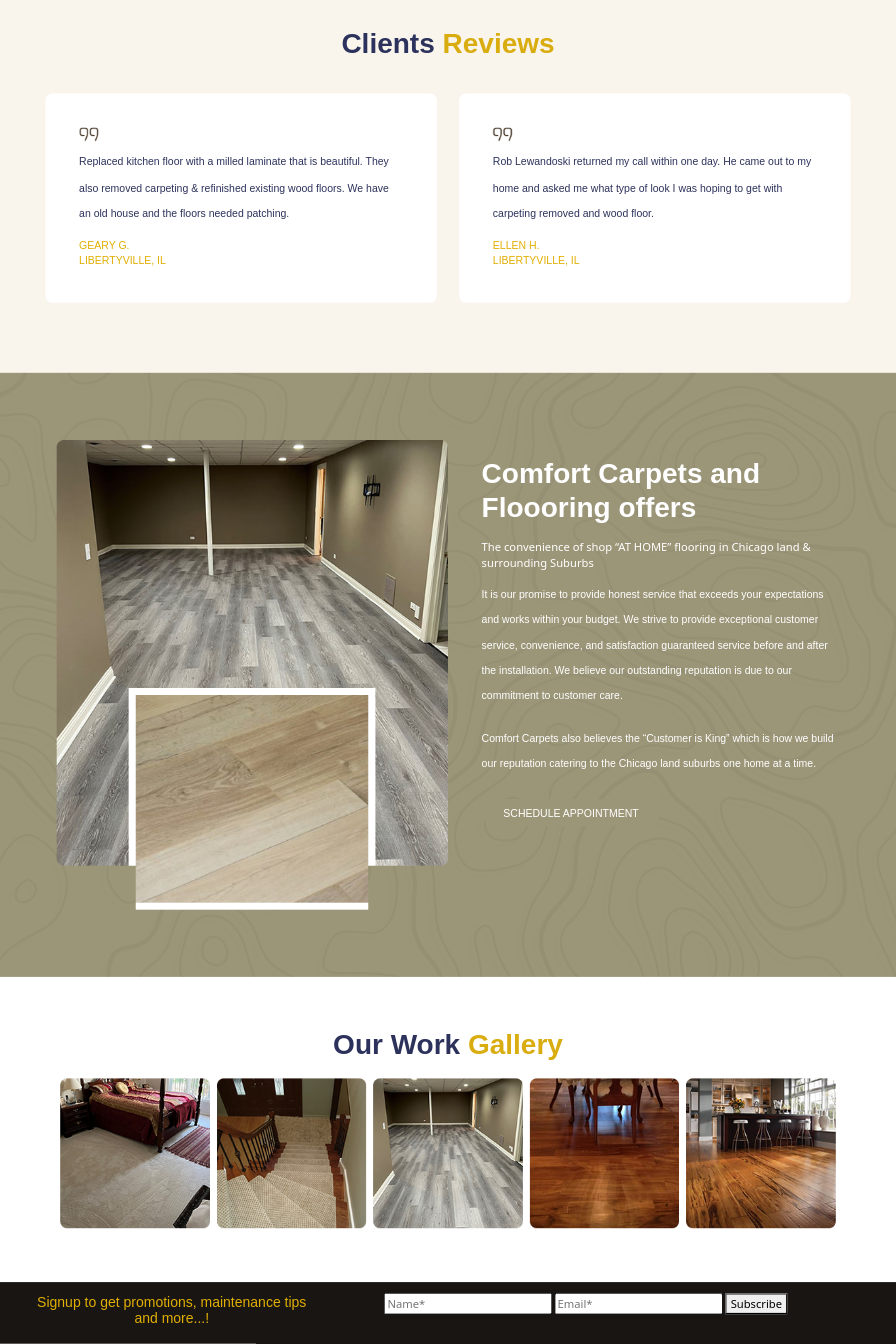
Repository: Ab-dur-Rehman/sscaseFolders
Page: index.html
These files come from the project's save history. The page is drawn as it stood at one moment and after the next save; the edit follows.
The browser window is 1280 px wide. The pictures show the part of the page from y = 3561 to 5481 px (the page is 5481 px tall), at 70% of full size.
Some web fonts or font styles are not loaded; a fallback is used.

Above is the page before, as saved 2022-12-26 15:24:03.

After the next save:
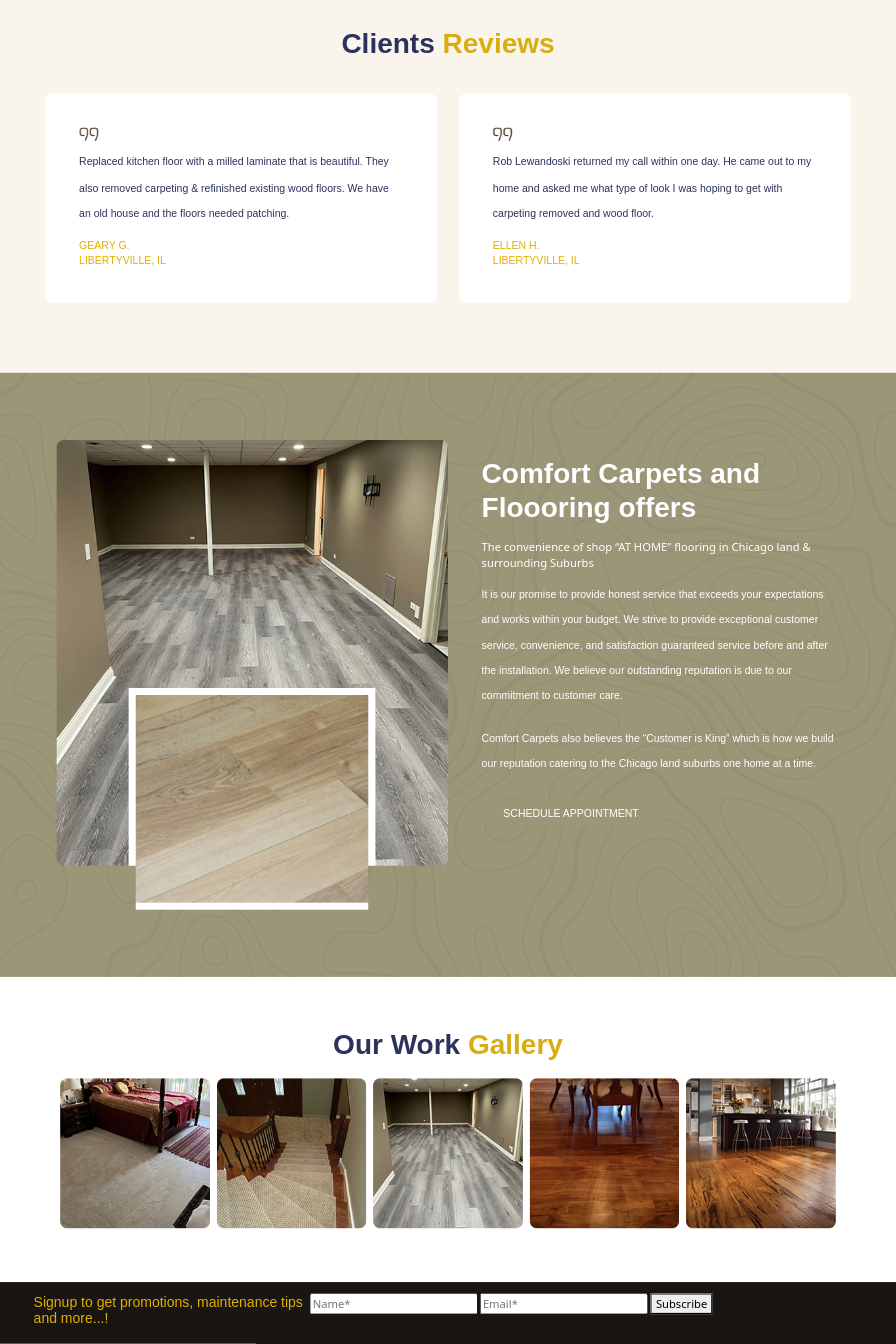
Saved 17 s later.
--- a/index.html
+++ b/index.html
@@ -243,7 +243,7 @@
           </div>
         </div>
       </content>
-      <footer class="row gx-0 py-3 px-5 footer-wrapper text-center">
+      <footer class="row gx-0 py-3 px-5 footer-wrapper">
         <div class="footer-inner max-content">
           <div class="footer-top row gx-0">
             <div class="signup-text col-md-4">
